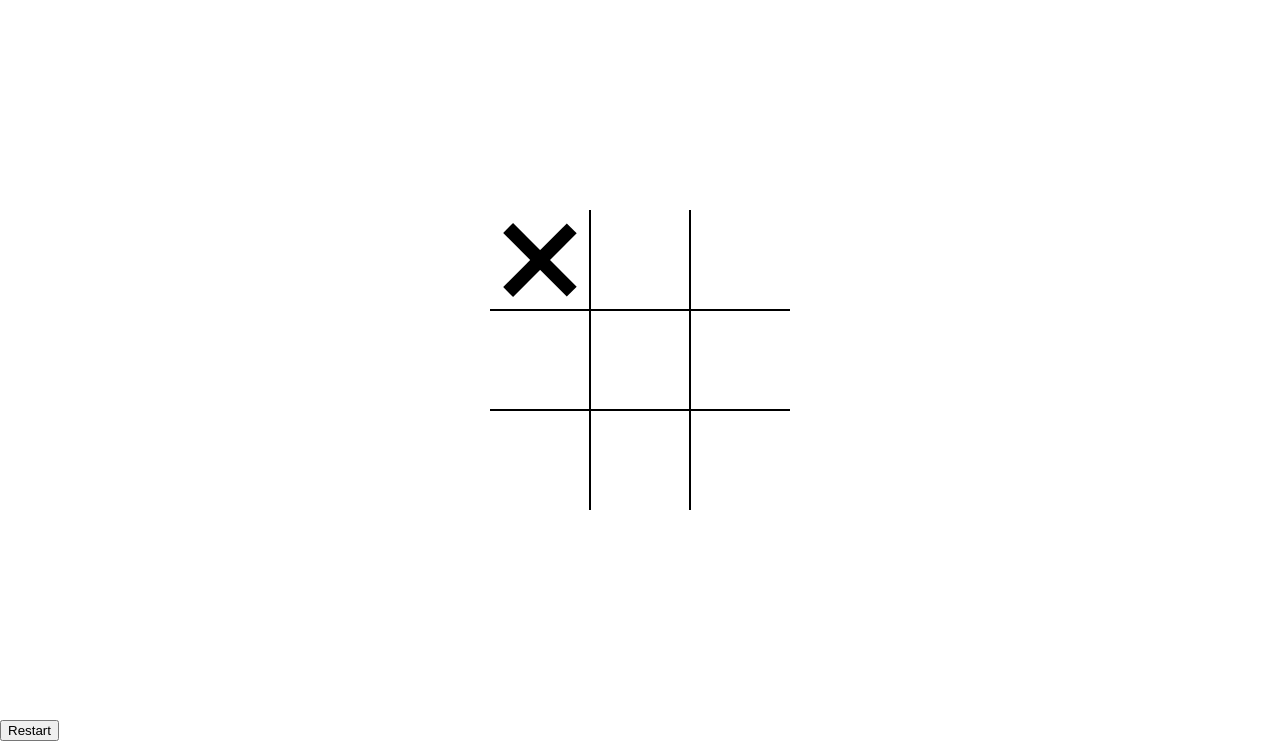
Repository: kate30980/pratice-tictactoe
Page: index.html
These files come from the project's save history. The page is drawn as it stood at one moment and after the next save; the edit follows.
The browser window is 1280 px wide. The pictures show the whole page.

Above is the page before, as saved 2021-08-05 22:09:57.
Not found: script.js

After the next save:
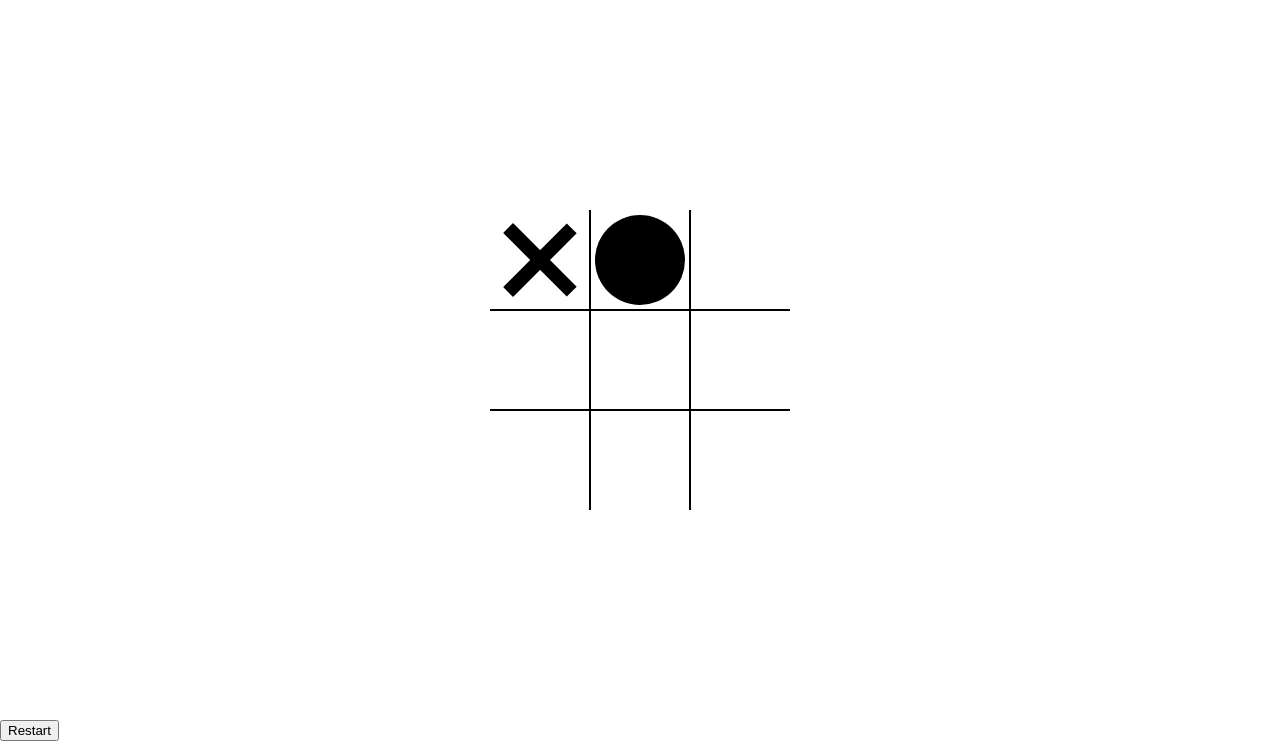
Saved 6 s later.
--- a/styles.css
+++ b/styles.css
@@ -72,4 +72,5 @@ body {
 .cell.circle::before {
   width: var(--mark-size);
   height: var(--mark-size);
+  background-color: black;
 }
